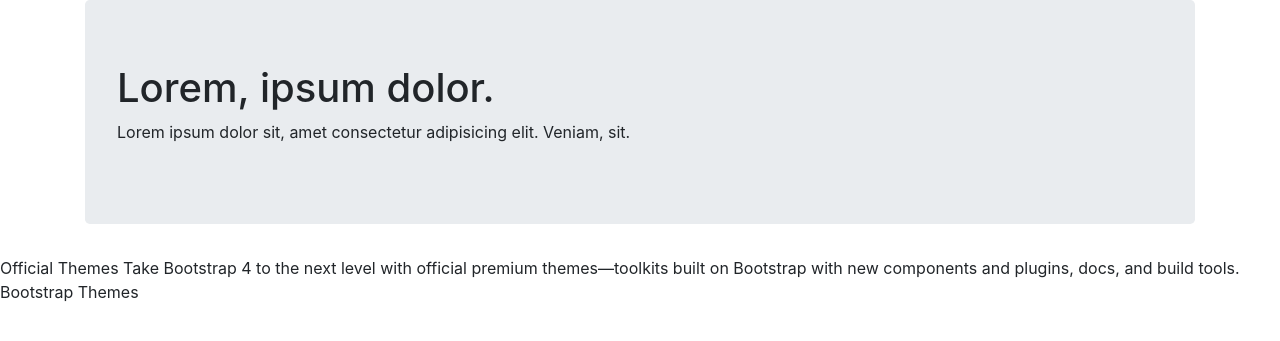
Repository: Mietlicha/exercise2
Page: index.html
An editor plug-in stored every save of this project. The page is shown before and after the next save, followed by the edit.
The browser window is 1280 px wide. The pictures show the whole page.

Above is the page before, as saved 2019-10-22 20:41:17.

### index.html
<!DOCTYPE html>
<html lang="en">

<head>
    <meta charset="UTF-8">
    <meta name="viewport" content="width=device-width, initial-scale=1.0">
    <meta http-equiv="X-UA-Compatible" content="ie=edge">
    <title>Document</title>
    <link rel="stylesheet" href="https://stackpath.bootstrapcdn.com/bootstrap/4.3.1/css/bootstrap.min.css"
        integrity="sha384-ggOyR0iXCbMQv3Xipma34MD+dH/1fQ784/j6cY/iJTQUOhcWr7x9JvoRxT2MZw1T" crossorigin="anonymous">
    <link rel="stylesheet" href="style.css">

</head>

<body>
    <div class="container">
        <div class="jumbotron">
            <h1>Lorem, ipsum dolor.</h1>
            <p>Lorem ipsum dolor sit, amet consectetur adipisicing elit. Veniam, sit.</p>
        </div>
    </div>

        <script src="https://code.jquery.com/jquery-3.3.1.slim.min.js" integrity="sha384-q8i/X+965DzO0rT7abK41JStQIAqVgRVzpbzo5smXKp4YfRvH+8abtTE1Pi6jizo" crossorigin="anonymous"></script>
        <script src="https://cdnjs.cloudflare.com/ajax/libs/popper.js/1.14.7/umd/popper.min.js" integrity="sha384-UO2eT0CpHqdSJQ6hJty5KVphtPhzWj9WO1clHTMGa3JDZwrnQq4sF86dIHNDz0W1" crossorigin="anonymous"></script>
        <script src="https://stackpath.bootstrapcdn.com/bootstrap/4.3.1/js/bootstrap.min.js" integrity="sha384-JjSmVgyd0p3pXB1rRibZUAYoIIy6OrQ6VrjIEaFf/nJGzIxFDsf4x0xIM+B07jRM" crossorigin="anonymous"></script>
        Official Themes
        Take Bootstrap 4 to the next level with official premium themes—toolkits built on Bootstrap with new components and plugins, docs, and build tools.

        Bootstrap Themes
</body>

</html>

Loaded but not shown: style.css (no stored copy; drawn as an empty file)

After the next save:
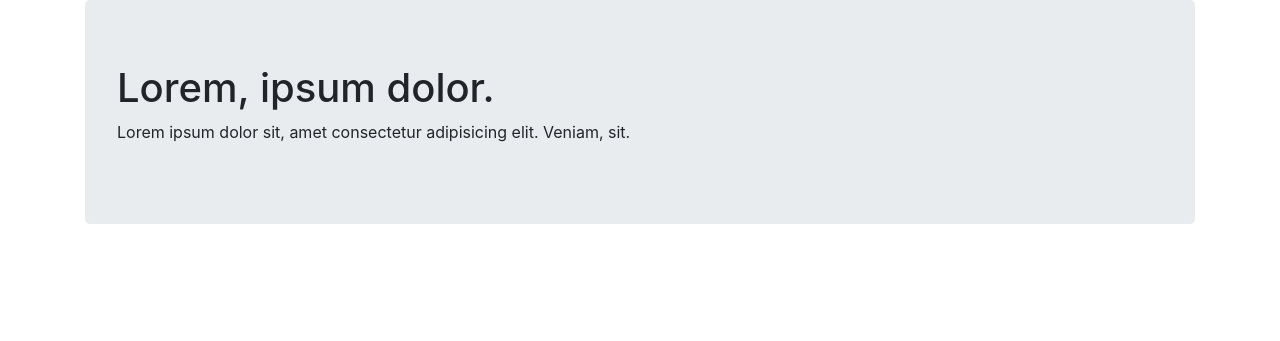
Saved 13 s later.
--- a/index.html
+++ b/index.html
@@ -23,10 +23,6 @@
         <script src="https://code.jquery.com/jquery-3.3.1.slim.min.js" integrity="sha384-q8i/X+965DzO0rT7abK41JStQIAqVgRVzpbzo5smXKp4YfRvH+8abtTE1Pi6jizo" crossorigin="anonymous"></script>
         <script src="https://cdnjs.cloudflare.com/ajax/libs/popper.js/1.14.7/umd/popper.min.js" integrity="sha384-UO2eT0CpHqdSJQ6hJty5KVphtPhzWj9WO1clHTMGa3JDZwrnQq4sF86dIHNDz0W1" crossorigin="anonymous"></script>
         <script src="https://stackpath.bootstrapcdn.com/bootstrap/4.3.1/js/bootstrap.min.js" integrity="sha384-JjSmVgyd0p3pXB1rRibZUAYoIIy6OrQ6VrjIEaFf/nJGzIxFDsf4x0xIM+B07jRM" crossorigin="anonymous"></script>
-        Official Themes
-        Take Bootstrap 4 to the next level with official premium themes—toolkits built on Bootstrap with new components and plugins, docs, and build tools.
-
-        Bootstrap Themes
-</body>
+    </body>
 
 </html>
